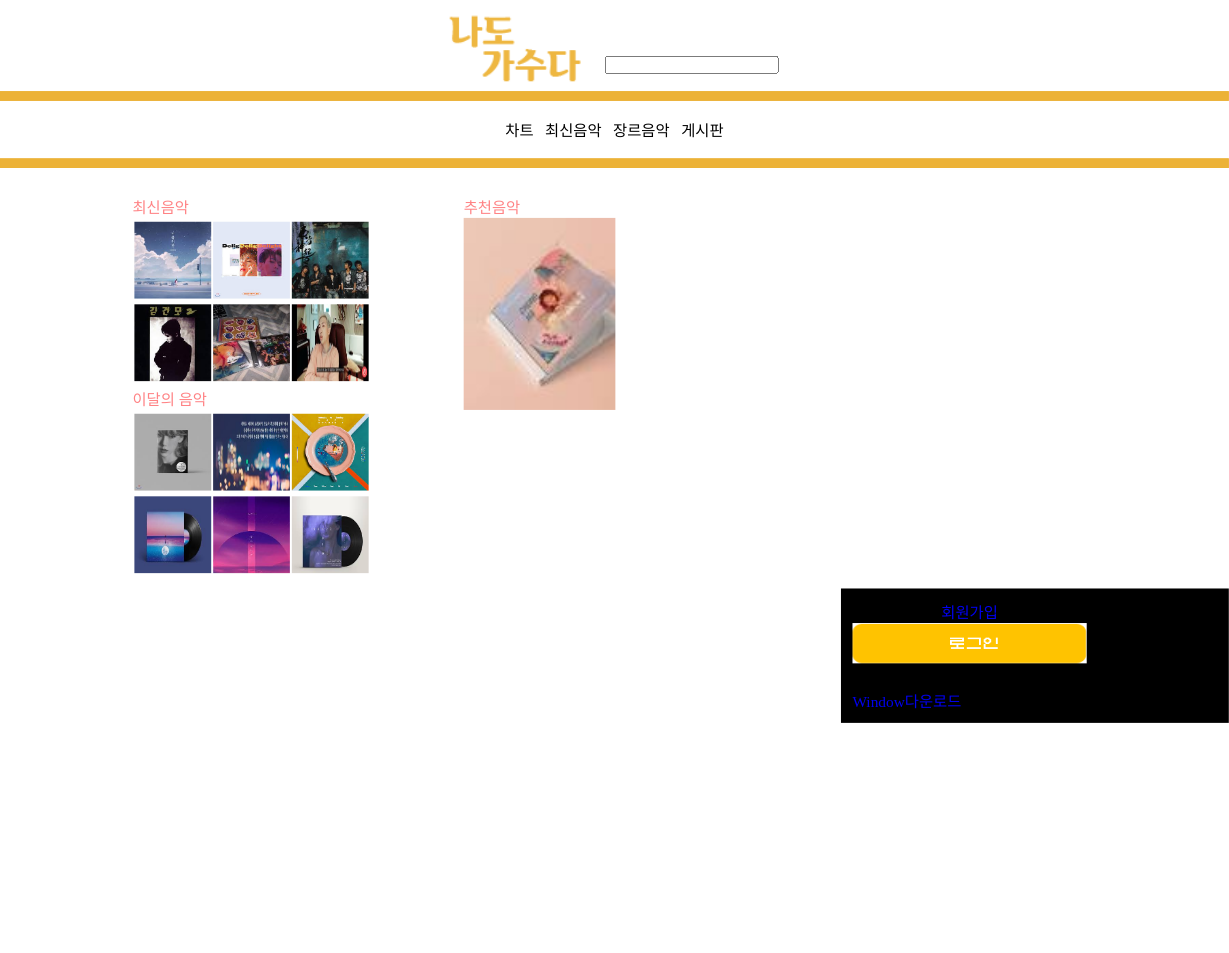
Repository: Ea-Bell/GraduationPortfolio
Page: http://localhost/WebTest/webTest/View/login/index.jsp
The author's editor kept a copy of each file at every save. The page is drawn from the files as they stood at one save, then again after the next save.
The browser window is 1280 px wide. The pictures show the whole page, at 96% of full size.
The page is served by Tomcat 9. Nobody is signed in. The application's start-up code is not run.

Above is the page before, as saved 2020-09-25 13:24:10.

After the next save:
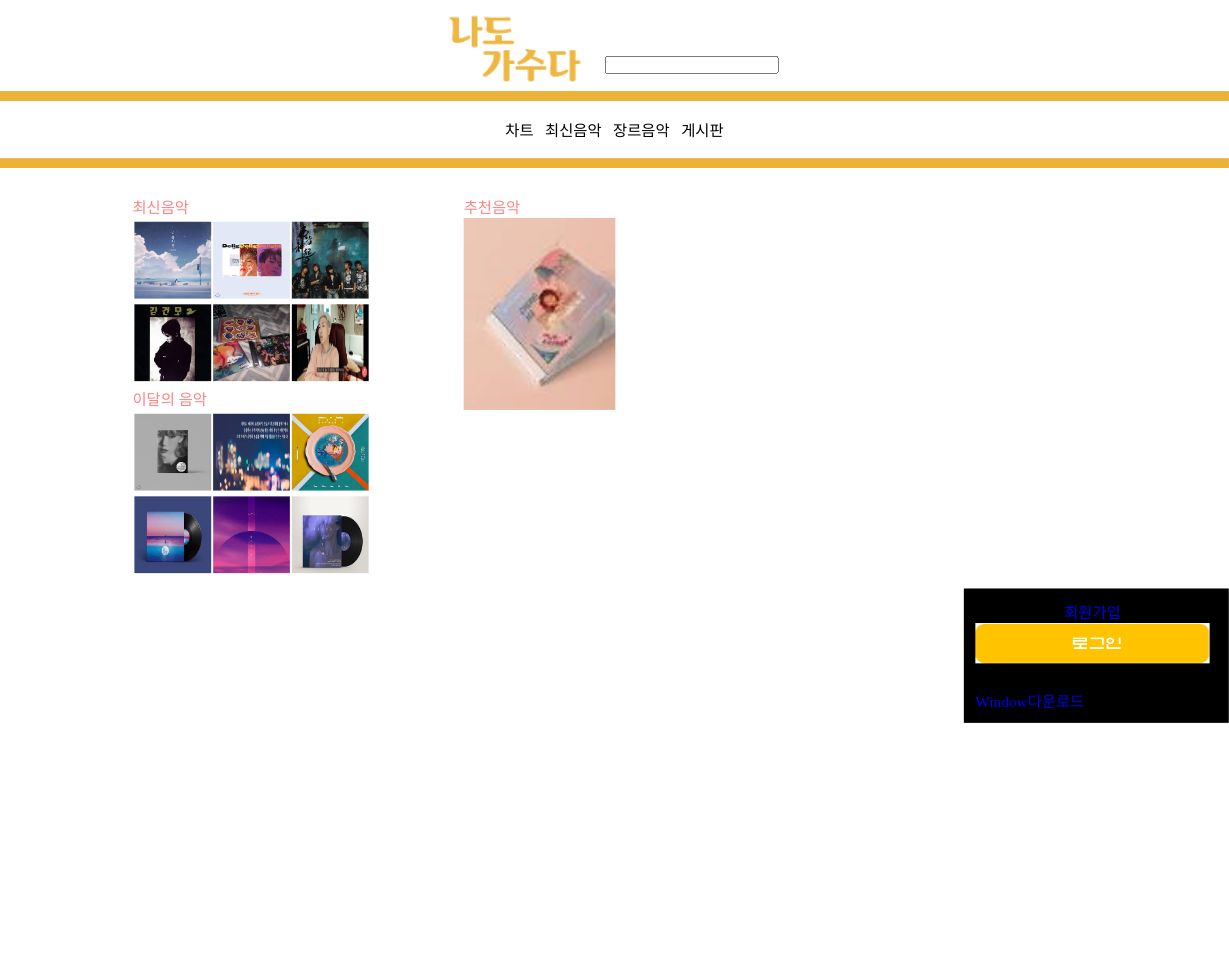
Saved 7 s later.
--- a/WEB_Server/WebTest/WebContent/webTest/View/login/index.jsp
+++ b/WEB_Server/WebTest/WebContent/webTest/View/login/index.jsp
@@ -106,7 +106,7 @@
 	</div>
 </div>
 
-	<div style="padding:10px; width: 30%; float: right; background: black;">
+	<div style="padding:10px; width: 20%; float: right; background: black;">
 		<section id="main_section">
 			<article class="main_article"></article>
 		</section>

After the save that followed:
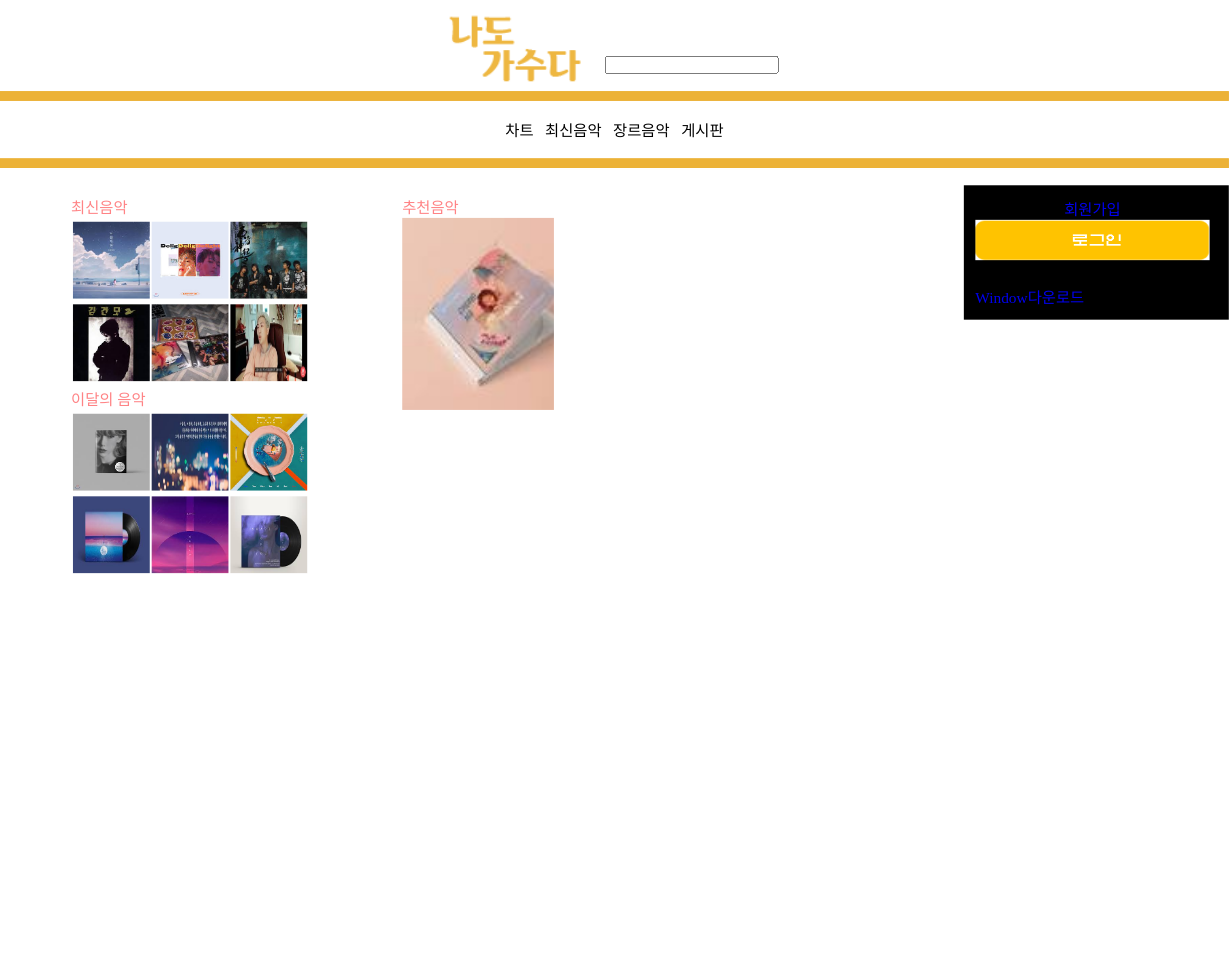
Saved 30 s later.
--- a/WEB_Server/WebTest/WebContent/webTest/View/login/index.jsp
+++ b/WEB_Server/WebTest/WebContent/webTest/View/login/index.jsp
@@ -48,7 +48,7 @@
 </header>
 		<hr id="head_line" size="10px" color="#ECB237">
 		<br>
-		<div id="leftblank" style="height:800px; width: 10%; float:left;" >
+		<div id="leftblank" style="height:800px; width: 5%; float:left;" >
 		</div>
 	<!-- 콘텐츠 -->
 	<div class="content" style="width:70%; float:left;">
